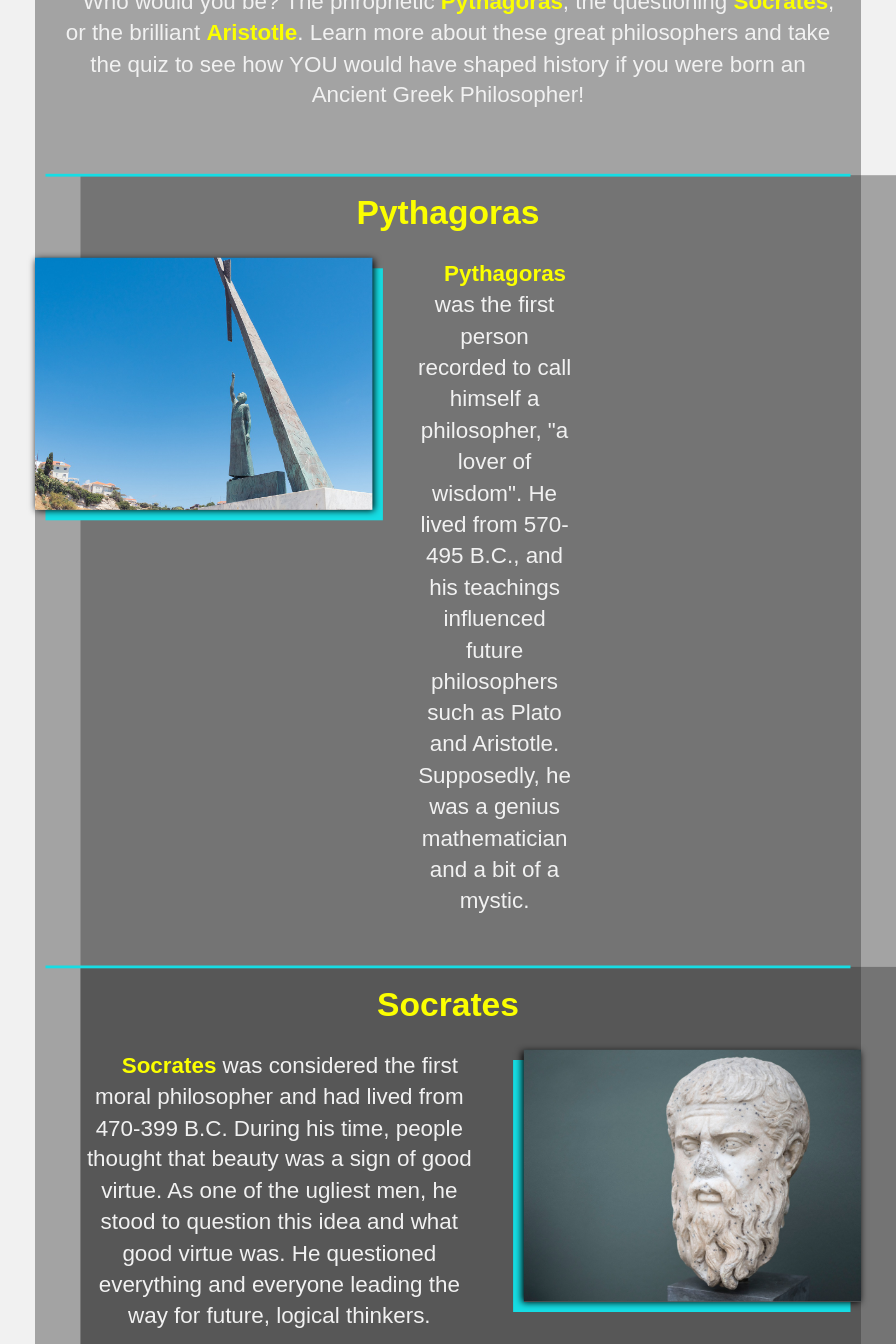
Repository: Sbethm/sarahmoosa
Page: greekPhiloQuiz/greekIndex.html
These files come from the project's save history. The page is drawn as it stood at one moment and after the next save; the edit follows.
The browser window is 1280 px wide. The pictures show the part of the page from y = 606 to 2526 px (the page is 4108 px tall), at 70% of full size.
Some web fonts or font styles are not loaded; a fallback is used. The style sheet was rebuilt from its Sass, Less or Tailwind sources for each picture, by a compiler version that may differ from the author's.

Above is the page before, as saved 2021-08-04 20:27:36.
Console error: TypeError: Cannot read properties of null (reading 'addEventListener')

After the next save:
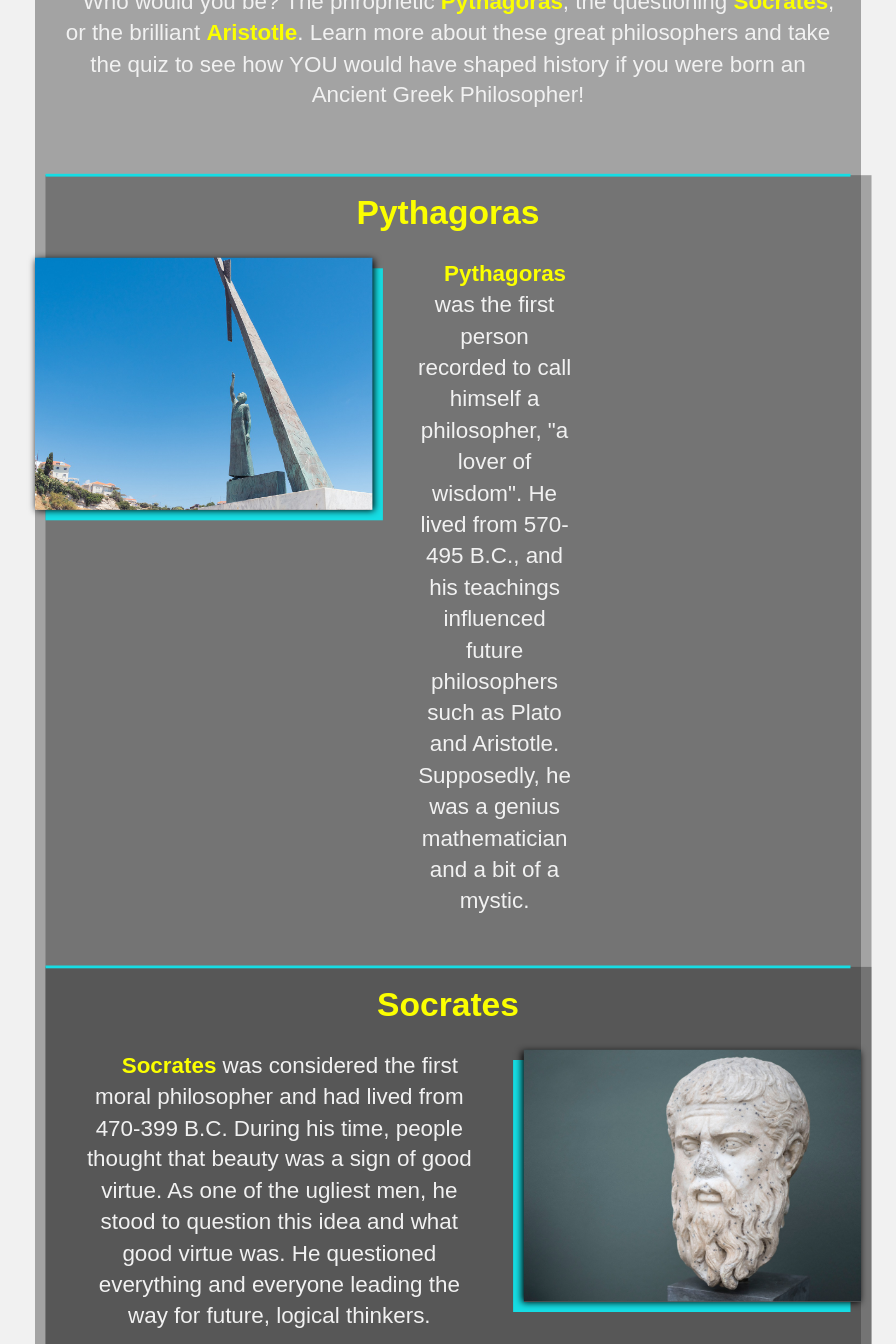
Saved 2 min 58 s later.
--- a/greekPhiloQuiz/greekSCSS/main.scss
+++ b/greekPhiloQuiz/greekSCSS/main.scss
@@ -540,7 +540,7 @@ footer {
 
     h2 {
         &::after {
-            top: -2px; left: 50px;
+            top: -2px; left: 0px;
             width: calc(100vw - 100px);
         }
     }
